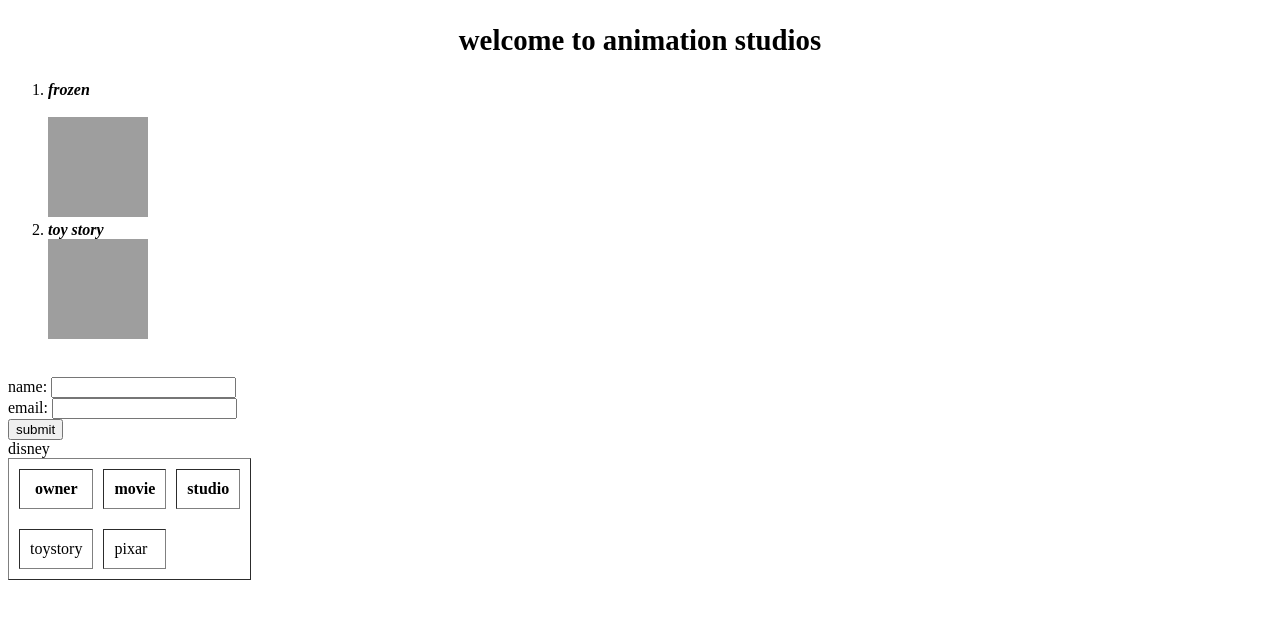
Repository: Rock-ass/New-folder--2-
Page: index.html
The author's editor kept a copy of each file at every save. The page is drawn from the files as they stood at one save, then again after a run of saves.
The browser window is 1280 px wide. The pictures show the whole page.
Pictures or frames that could not be fetched are drawn as grey boxes.

Above is the page before, as saved 2021-12-24 21:43:12.

### index.html
<!DOCTYPE html>
<html lang="en">
    <html>
<head>
<meta charset="UTF-8">
<meta name="viewport" content="width=device-width, initial-scale=1.0">
<meta name= disney content="disney fan club">
<title> disney</title>
</head>
<body>
   <main>
   <section>
<big><h1 style="text-align: center;">welcome to animation studios</h1></big>

<ol>
<li>
   <strong><i>frozen</i></strong>

</li>
<br>
<img id:"img1"  src ="https://i.pinimg.com/originals/57/70/b2/5770b24cdb30423f5d6070719b9b01fb.jpg"  width="100" height="100" alt="frozen">
<style>
    img1{



    }

</style>
<br>

<li>
    <strong> <i>toy story</i> </strong>
    <br>
    <img id:"img2"  src ="https://m.media-amazon.com/images/M/MV5BMTgxOTY4Mjc0MF5BMl5BanBnXkFtZTcwNTA4MDQyMw@@._V1_FMjpg_UX1000_.jpg"  width="100" height="100" alt="frozen">
    <style>
        img2{



        }

    </style>
</li>
<br>






</ol>
<form action="results.html" method="get">
    <div>
        <label for="name">
            name:
<input type="name" id="name" required >
</label>
</div>
<div>
    <label for="email">email:
<input type="email" id="email" required >
<div>
<input type="submit" value="submit" required>
</div>
</label>
</div>

</form>

   </section>
<table cellpadding=10 border=1 cellspacing=10>
<tr>
    <th>owner</th>
<th>movie</th>
<th>
     studio
</th>

<tr aria-colspan="2">
    disney
</tr>
</tr>
<tr>
<td>toystory</td>
<td>pixar</td>






</tr>








</table>







   </main>






</body>





















    </html>

After the next 2 saves:
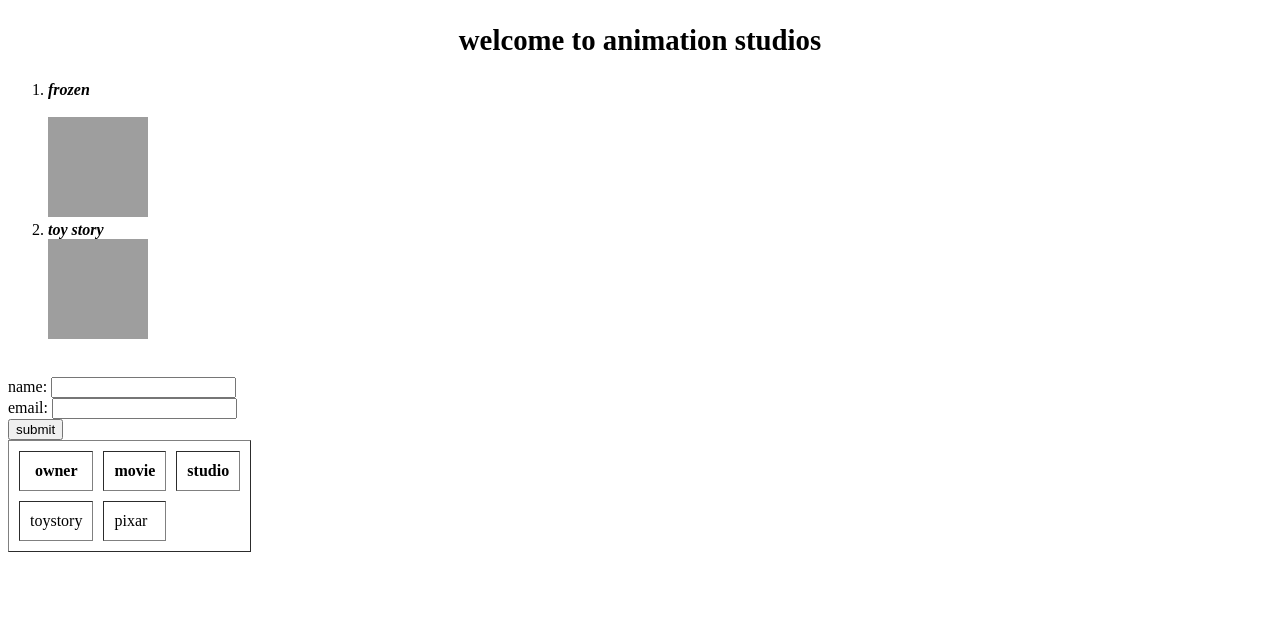
The 2 saves are shown as one change because they came seconds apart.
The last was saved 17 s later.
--- a/index.html
+++ b/index.html
@@ -77,9 +77,6 @@
      studio
 </th>
 
-<tr aria-colspan="2">
-    disney
-</tr>
 </tr>
 <tr>
 <td>toystory</td>

After the 3 saves that followed:
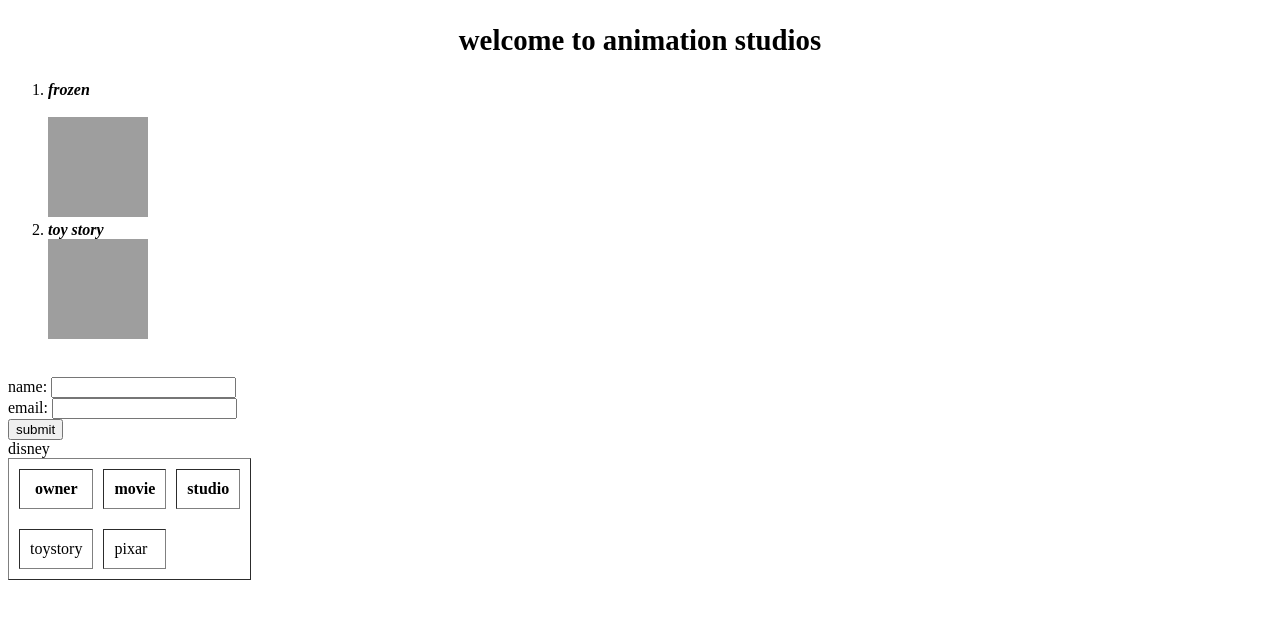
The 3 saves are shown as one change because they came seconds apart.
The last was saved 20 s later.
--- a/index.html
+++ b/index.html
@@ -76,7 +76,7 @@
 <th>
      studio
 </th>
-
+<tr>disney</tr>
 </tr>
 <tr>
 <td>toystory</td>
